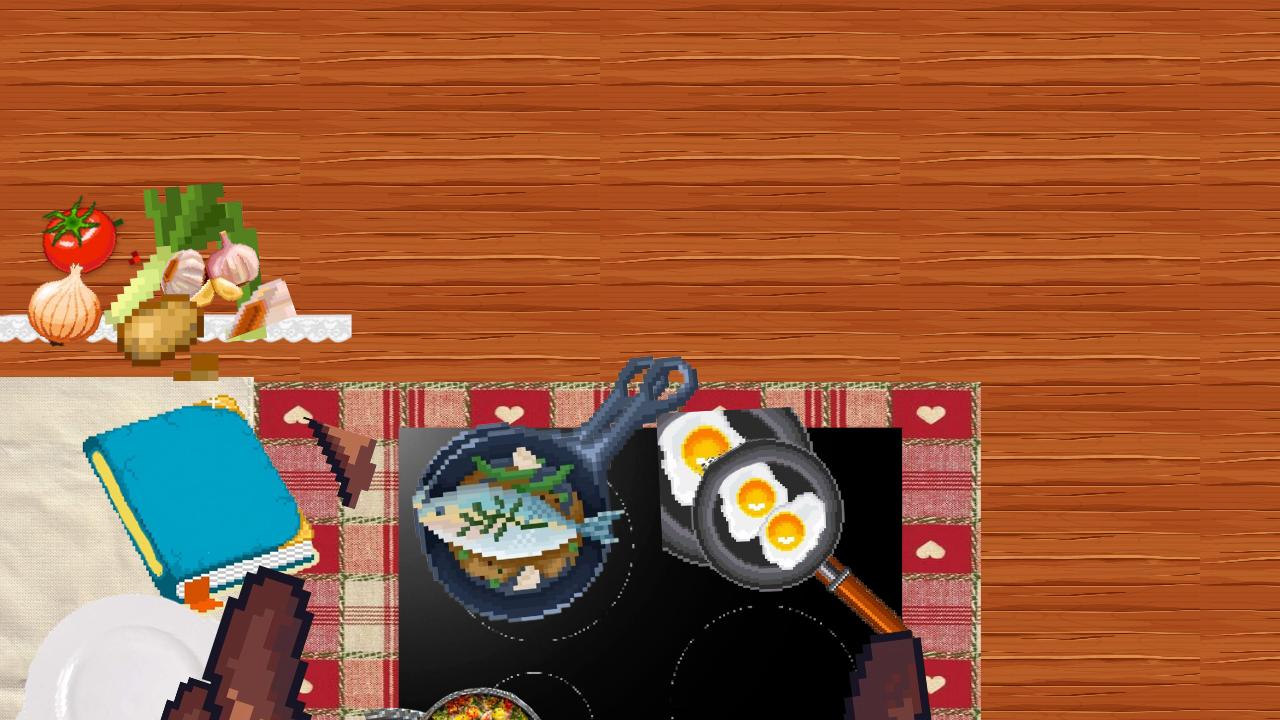
Repository: AJamdonuts/ToddyTalks
Page: playingaround2/pages/chefsujin.html
An editor plug-in stored every save of this project. The page is shown before and after the next save, followed by the edit.
The browser window is 1280 px wide. The pictures show the whole page.

Above is the page before, as saved 2025-11-26 20:20:55.

### playingaround2/pages/chefsujin.html
<!DOCTYPE html>
<html>
<head>
    <meta charset="UTF-8">
    <meta name="viewport" content="width=device-width, initial-scale=1">
    <link href="/playingaround2/styles/chefsujin.css" rel="stylesheet">
    <script src="/playingaround2/javascript/chefsujin.js" defer></script>
    <title>Chef Sujin</title>
    <link rel="icon" type="image/x-icon" href="/playingaround2/images/favicon.ico">
</head>
<body>
    <div class="canvas">
        <img src="/playingaround2/images/09362b8ce39beb85f830c3373e6b392c-removebg-preview.png" alt="Chef Sujin Banner" class="chef-sujin-banner">
        <img src="/playingaround2/images/b41e50d46e26e9463ce130b2da7a46aa.jpg" class="creamtexture">
        <img src="/playingaround2/images/check table cloth.jpg" class="checktablecloth">
        <img src="/playingaround2/images/pxArt-2.png" class="hob">
        <img src="/playingaround2/images/pixil-frame-0-removebg-preview 1.png" class="recipebook">
        <img src="/playingaround2/images/fishpan.png" class="fishpan">
        <img src="/playingaround2/images/leek-removebg-preview.png" class="leek">
        <img src="/playingaround2/images/garlic-removebg-preview.png" class="garlic">
        <img src="/playingaround2/images/d95fa1e62c663504736614e026fc4862-removebg-preview.png" class="potato">
        <img src="/playingaround2/images/pixil-frame-0-removebg-preview.png" class="eggpan" >
        <img src="/playingaround2/images/pxArt-2-removebg-preview.png" class="vegpan">
        <img src="/playingaround2/images/pxArt-removebg-preview.png" class="plate">
        <img src="/playingaround2/images/tomato-removebg-preview.png" class="tomato">
        <img src="/playingaround2/images/onion-removebg-preview.png" class="onion">
        <img src="/playingaround2/images/IMG_0236_2-removebg-preview.png" class="beararm1" >
        <img src="/playingaround2/images/IMG_0236-removebg-preview.png" class="beararm2" >
    </div>

</body>
</html>

### playingaround2/styles/chefsujin.css


/* Add a main container to hold all your absolutely positioned elements */
.canvas {
    position: relative;
    max-width: 1440px;
    max-height: 1024px;
    width: 100%;
    height: 100%;
    transform-origin: bottom left;
    transform: scale(var(--scale-factor, 1));
}

/* Use Flexbox on the body to center the .canvas element when it hits the max size */
body {
    display: flex;
    justify-content: center; /* horizontally center canvas */
    align-items: flex-end;   /* vertically position canvas as needed */

    background-image: url('/playingaround2/images/kitchencounter.jpg');
    background-repeat: repeat;      /* repeat the image */
    background-size: 300px 100px;   /* set width and height for each tile */
    background-position: top left;  /* start tiling from top-left */
    background-attachment: scroll;  /* moves with page */
    background-color: #ffffff;      /* fallback color */
}

.tomato {
    position: absolute;
    width: 133.75px;
    height: 133.75px;
    left: 45.02px;
    top: 55.06px;
    background: url(tomato-removebg-preview.png);
    filter: drop-shadow(0px 4px 4px rgba(0, 0, 0, 0.25));
    border-radius: 4px;
    transform: rotate(-24.58deg);
}

.potato {
    position: absolute;
    width: 165px;
    height: 165px;
    left: 146px;
    top: 161px;
    background: url(d95fa1e62c663504736614e026fc4862-removebg-preview.png);
}

.leek {
    position: absolute;
    width: 257.96px;
    height: 257.96px;
    left: 109.95px;
    top: 20px;
    background: url(leek-removebg-preview.png);
    transform: rotate(-5.62deg);
}

.garlic {
    position: absolute;
    width: 194.8px;
    height: 194.8px;
    left: 200.62px;
    top: 74.87px;
    background: url(garlic-removebg-preview.png);
    transform: rotate(-19.27deg);
}

.onion {
    position: absolute;
    width: 126.18px;
    height: 144.28px;
    left: 32px;
    top: 145.3px;
    background: url(onion-removebg-preview.png);
    transform: rotate(17.63deg);
    }

.recipebook {
    position: absolute;
    width: 392px;
    height: 392px;
    left: 90px;
    top: 302px;
}

.plate {
    position: absolute;
    width: 334.76px;
    height: 332.75px;
    left: 22px;
    top: 616px;
    background: url(pxArt-removebg-preview.png);
    transform: rotate(19.64deg);
}

.beararm1 {
    position: absolute;
    width: 448.49px;
    height: 883.17px;
    left: 132px;
    top: 374px;
    background: url(IMG_0236_2-removebg-preview.png);
    transform: matrix(0.95, 0.31, 0.31, -0.95, 0, 0);
}

.beararm2 {
    position: absolute;
    width: 348.8px;
    height: 764.5px;
    left: 1062px;
    top: 450px;
    background: url(IMG_0236-removebg-preview.png);
    transform: matrix(0.99, -0.13, -0.13, -0.99, 0, 0);
}

.fishpan {
    position: absolute;
    width: 546.95px;
    height: 546.95px;
    left: 532px;
    top: 257px;
    background: url(fishpan.png);
    transform: rotate(-6.22deg);
}

.eggpan {
    position: absolute;
    width: 396px;
    height: 396px;
    left: 942.44px;
    top: 362.44px;
    background: url(pixil-frame-0-removebg-preview.png);
    transform: rotate(177.33deg);
}

.vegpan {
    position: absolute;
    width: 207px;
    height: 310px;
    left: 580.54px;
    top: 703.1px;
    background: url(pxArt-2-removebg-preview.png);
    transform: rotate(81.24deg);
}

.hob {
position: absolute;
width: 716px;
height: 632px;
left: 567px;
top: 392px;
background: url(pxArt-2.png);
}

.creamtexture {
    position: absolute;
    width: 476px;
    height: 696px;
    left: -115px;
    top: 320px;
    background: url(b41e50d46e26e9463ce130b2da7a46aa.jpg);
}

.checktablecloth {
    position: absolute;
    width: 1034px;
    height: 697px;
    left: 361px;
    top: 327px;
}

html, body {
    margin: 0;
    padding: 0;
    width: 100vw;
    height: 100vh;
    overflow: hidden;
}

body {
    display: flex;
    justify-content: center;
    align-items: center;
}

.canvas {
    position: relative;
    width: 100vw;
    height: 100vh;
    min-height: auto;
}

### playingaround2/javascript/chefsujin.js
function calculateScaleFactor() {
    // Define the original design dimensions
    const DESIGN_WIDTH = 1440;
    const DESIGN_HEIGHT = 1024;

    // Get the current viewport dimensions
    const viewportWidth = window.innerWidth;
    const viewportHeight = window.innerHeight;

    // Calculate the scale factor for both dimensions
    const widthScale = viewportWidth / DESIGN_WIDTH;
    const heightScale = viewportHeight / DESIGN_HEIGHT;

    // Use the smaller scale factor to ensure everything fits inside the window
    const scaleFactor = Math.min(widthScale, heightScale);

    // Get the .canvas element
    const canvas = document.querySelector('.canvas');

    // Apply the scale factor as a CSS variable
    if (canvas) {
        // If the viewport is larger than the design max, don't scale up past 1
        const finalScale = Math.min(scaleFactor, 1);
        canvas.style.setProperty('--scale-factor', finalScale);

        // Additionally, set the fixed width/height so the centering works correctly
        canvas.style.width = `${DESIGN_WIDTH}px`;
        canvas.style.height = `${DESIGN_HEIGHT}px`;
    }
}

// Run on load and on every window resize
window.addEventListener('resize', calculateScaleFactor);
document.addEventListener('DOMContentLoaded', calculateScaleFactor);

After the next save:
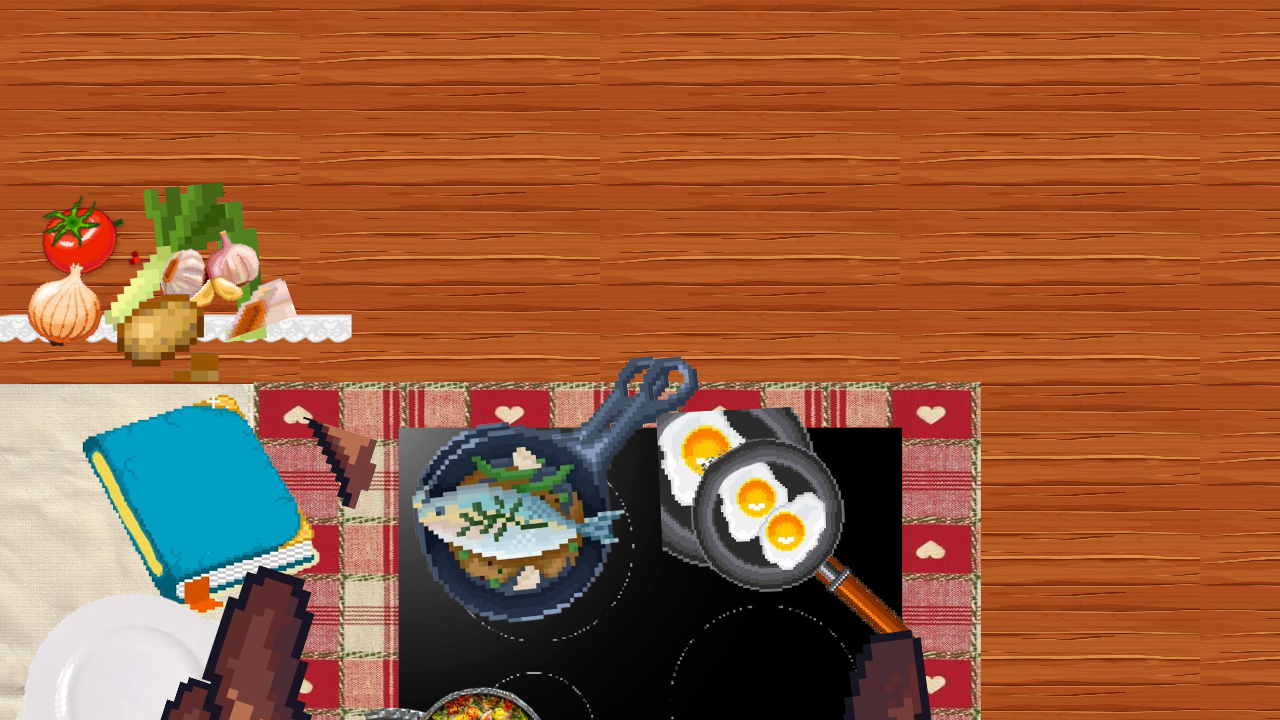
Saved 9 s later.
--- a/playingaround2/styles/chefsujin.css
+++ b/playingaround2/styles/chefsujin.css
@@ -158,7 +158,7 @@ background: url(pxArt-2.png);
     width: 476px;
     height: 696px;
     left: -115px;
-    top: 320px;
+    top: 330px;
     background: url(b41e50d46e26e9463ce130b2da7a46aa.jpg);
 }
 
